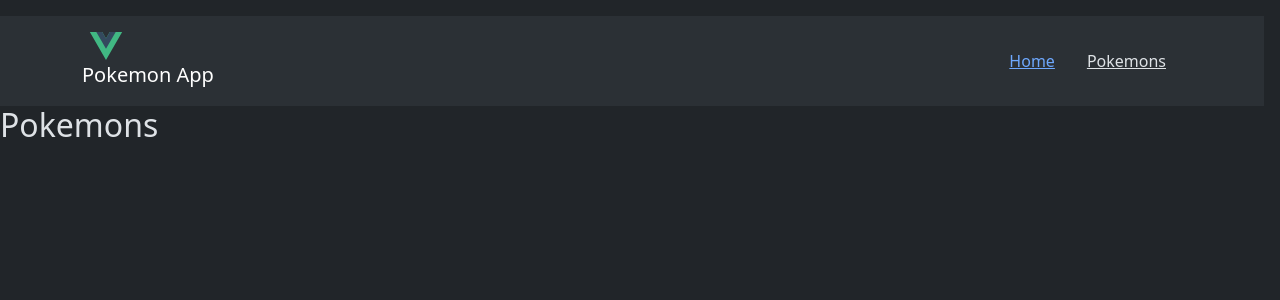
Repository: jjdevzinho/curso-vue-pinia-com-ts-poke-api
Page: /pokemons
The author's editor kept a copy of each file at every save. The page is drawn from the files as they stood at one save, then again after the next save.
The browser window is 1280 px wide. The pictures show the whole page.
The page's requests for data from a server got no answer. The project was rebuilt for these pictures with package versions that can differ from the ones it lists, and the page was loaded fresh each time. No one was signed in, and anything a server would have sent is missing. Also part of the build but not shown: vite.config.ts, src/views/HomeView.vue.

Above is the page before, as saved 2024-10-13 08:21:10.

After the next save:
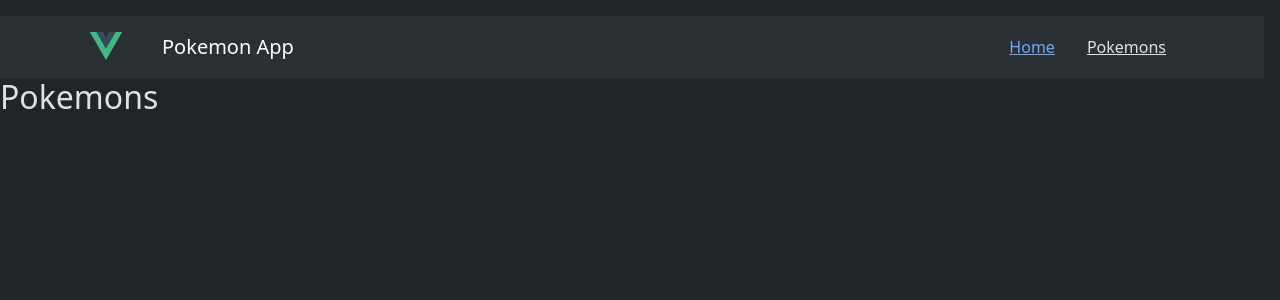
Saved 12 s later.
--- a/src/App.vue
+++ b/src/App.vue
@@ -6,7 +6,7 @@
   <header>
     <nav class="navbar bg-body-tertiary">
       <div class="container">
-        <a class="navbar-brand" href="#">
+        <a class="navbar-brand d-flex" href="#">
           <img
             alt="Vue logo"
             class="logo"
